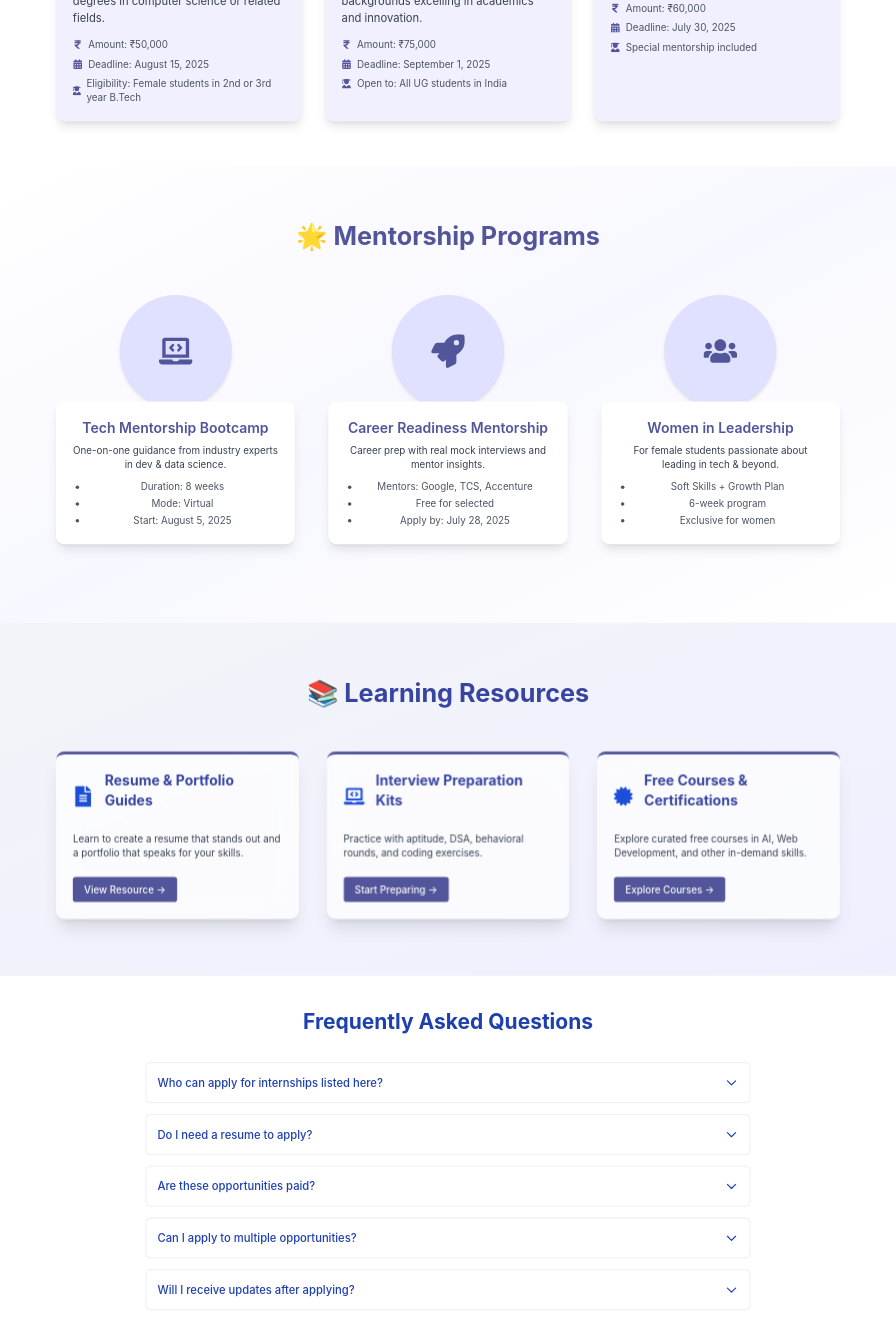
Repository: Siddharthkothiyal/GharPadhaaroCareerWebsite
Page: /#/students
The author's editor kept a copy of each file at every save. The page is drawn from the files as they stood at one save, then again after the next save.
The browser window is 1280 px wide. The pictures show the part of the page from y = 4561 to 6481 px (the page is 6481 px tall), at 70% of full size.
The project was rebuilt for these pictures with package versions that can differ from the ones it lists, and the page was loaded fresh each time. Also part of the build but not shown: src/components/CareerPortal/JobListing/JobListings.css, src/components/CareerPortal/JobListing/JobListings.js, src/components/CareerPortal/Header.css, src/components/CareerPortal/ResumeUpload.css, src/components/CareerPortal/ResumeUpload.js, src/components/CareerPortal/Header.js, src/components/CareerPortal/JobListing/JobSearch.css, src/components/CareerPortal/JobListing/JobSearch.js and 10 more.

Above is the page before, as saved 2025-06-21 22:42:09.

After the next save:
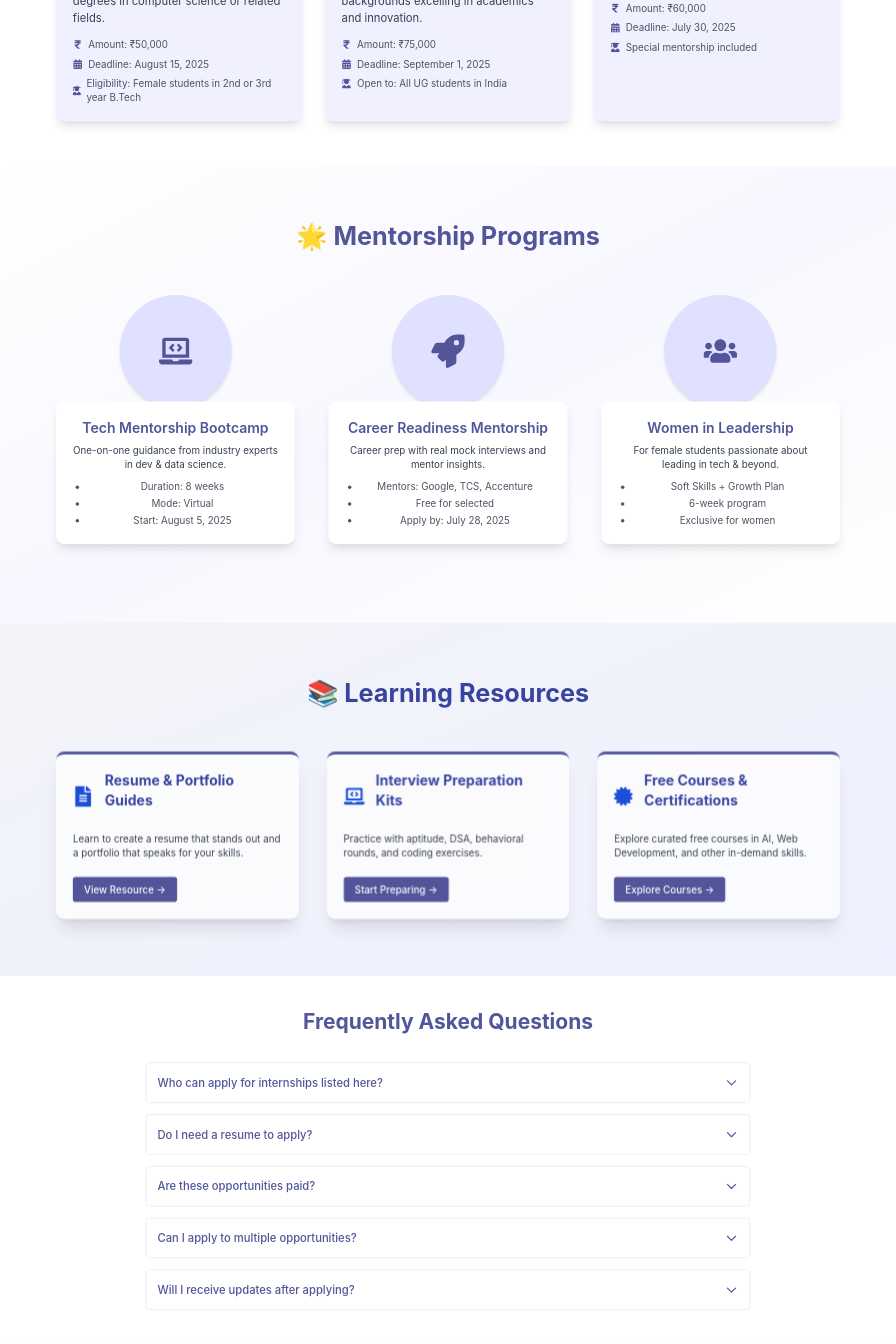
Saved 84 s later.
--- a/src/components/CareerPortal/StudentsPage/sections/FAQs.js
+++ b/src/components/CareerPortal/StudentsPage/sections/FAQs.js
@@ -38,7 +38,7 @@ const FAQs = () => {
   return (
     <section className="py-12 bg-white border-t">
       <div className="max-w-4xl mx-auto px-4">
-        <h2 className="text-3xl font-bold text-center text-blue-800 mb-10">
+        <h2 className="text-3xl font-bold text-center text-[#525599] mb-10">
           Frequently Asked Questions
         </h2>
 
@@ -47,7 +47,7 @@ const FAQs = () => {
             <div key={index} className="border border-gray-200 rounded-md">
               <button
                 onClick={() => toggleFAQ(index)}
-                className="w-full flex justify-between items-center p-4 text-left text-blue-800 font-medium focus:outline-none"
+                className="w-full flex justify-between items-center p-4 text-left text-[#525599] font-medium focus:outline-none"
               >
                 <span>{faq.question}</span>
                 <svg
